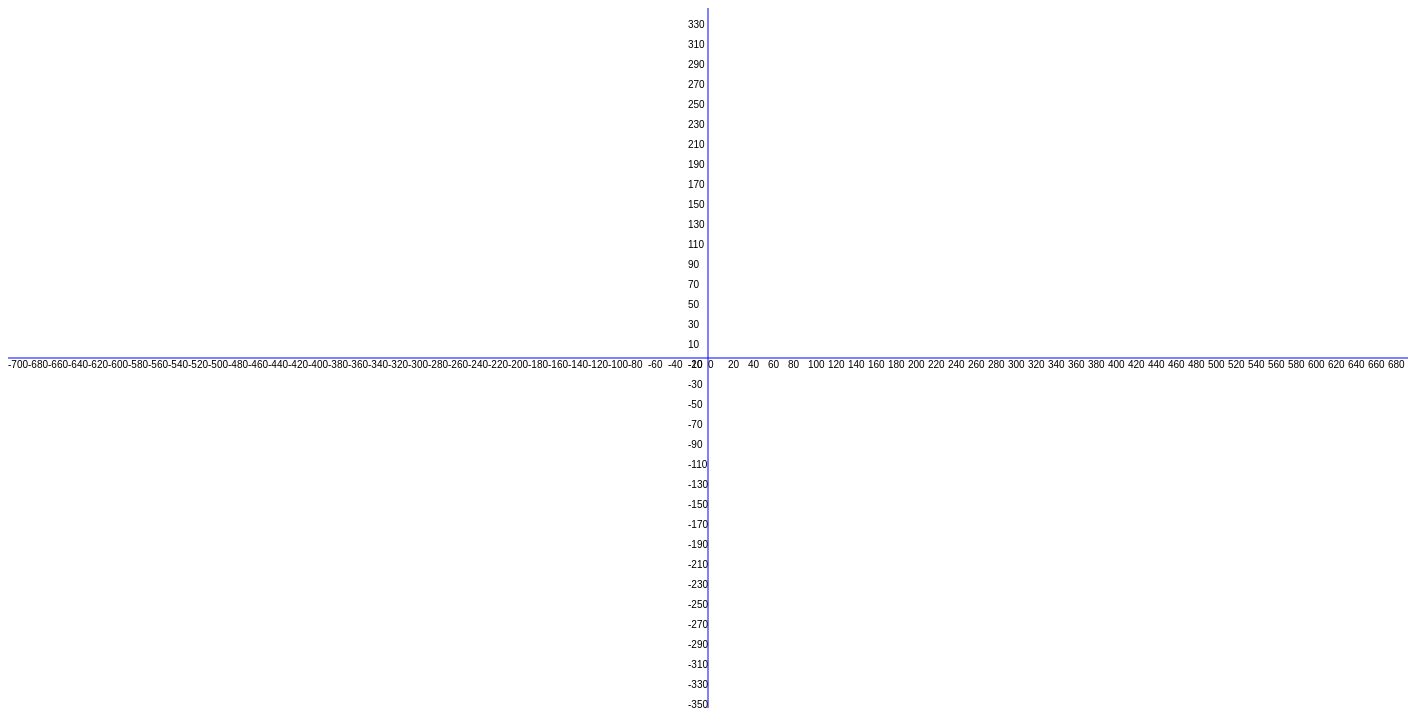
Repository: tclintaichung/book
Page: ex16/ex16_01/frame.html
These files come from the project's save history. The page is drawn as it stood at one moment and after the next save; the edit follows.
The browser window is 1280 px wide. The page is 1408 px wide, so the pictures cover 1408 px, including what lies to the right of the window. The pictures show the whole page.

Above is the page before, as saved 2025-09-27 15:53:53.

After the next save:
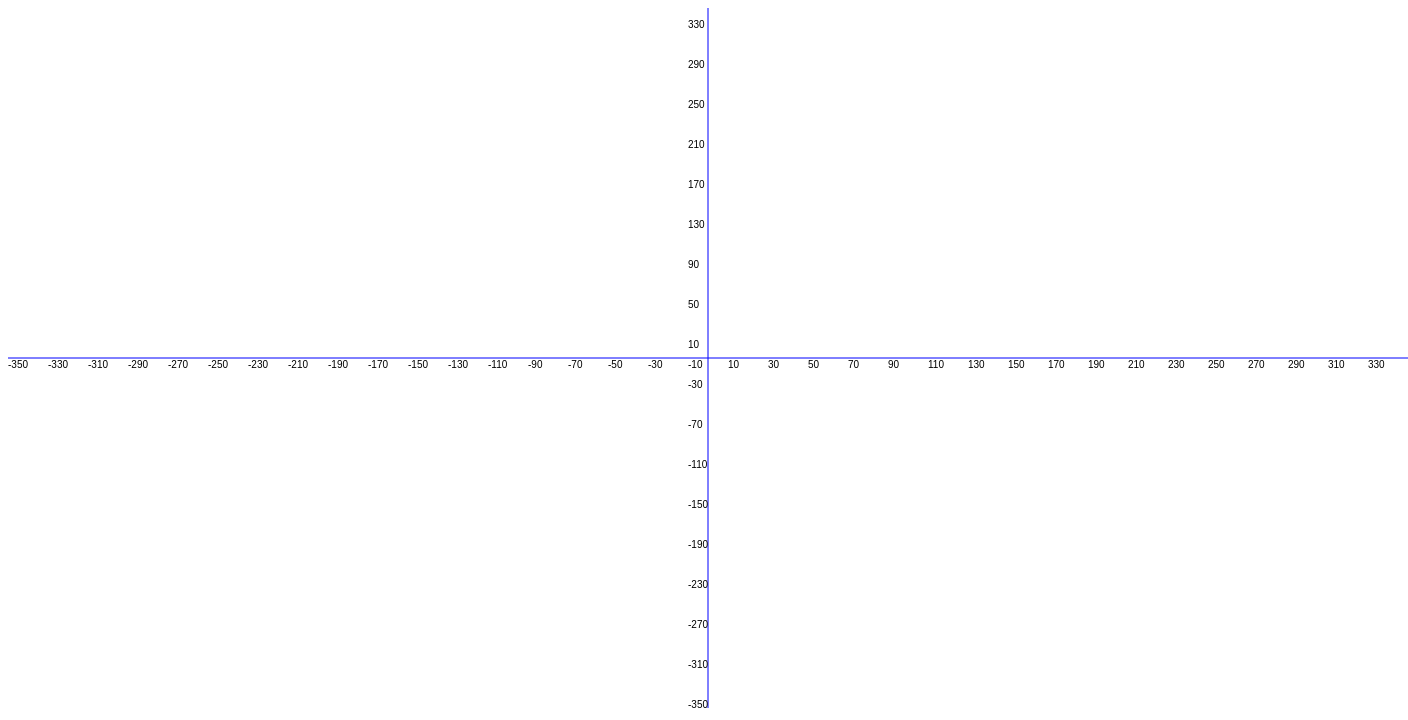
Saved 14 s later.
--- a/ex16/ex16_01/frame.html
+++ b/ex16/ex16_01/frame.html
@@ -21,7 +21,7 @@
         const point_y2 = [];
         const scale = 2.;
 
-        frame(0, myCanvas.width, 0, myCanvas.height);
+        frame(0, myCanvas.width, 0, myCanvas.height, 2);
 
         function frame(x_min, x_max, y_min, y_max, scale=1) {
             const center_x = (x_min + x_max) / 2;
